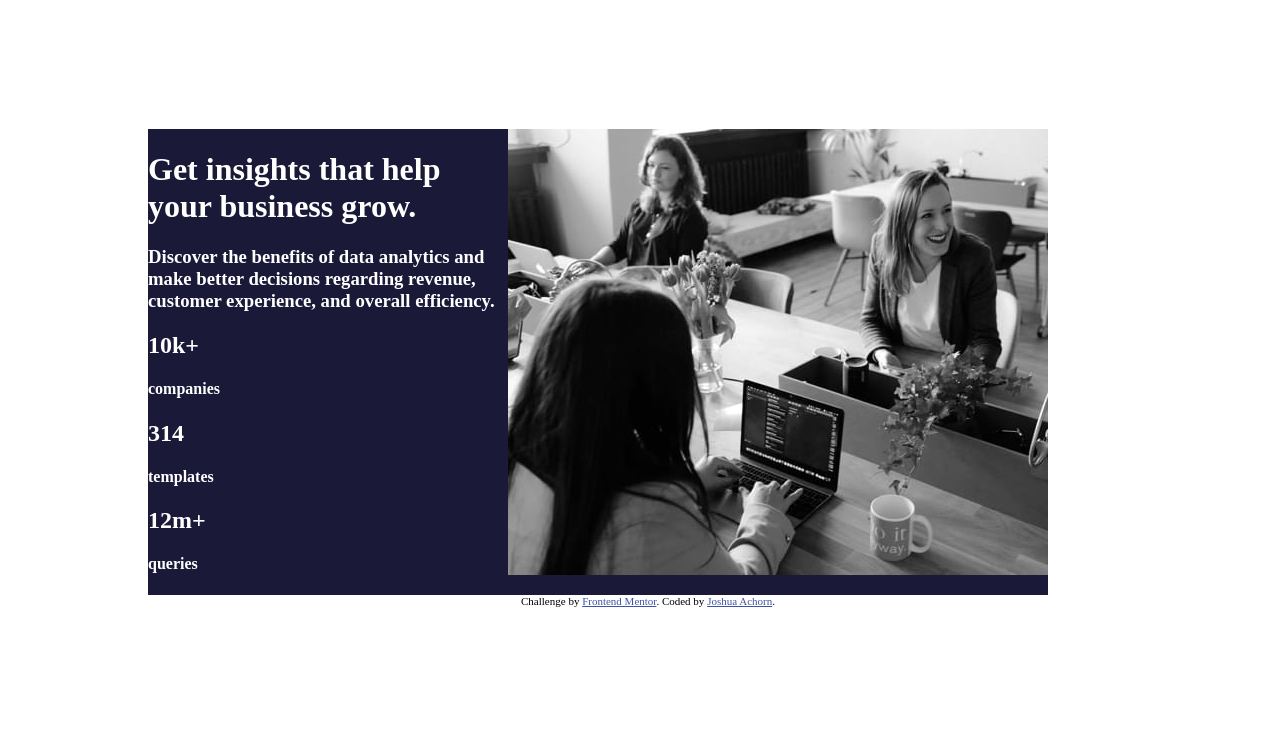
Repository: Achorn/stats-preview-card
Page: index.html
An editor plug-in stored every save of this project. The page is shown before and after the next save, followed by the edit.
The browser window is 1280 px wide. The page is 1288 px wide, so the pictures cover 1288 px, including what lies to the right of the window. The pictures show the whole page.

Above is the page before, as saved 2021-06-16 17:24:24.

After the next save:
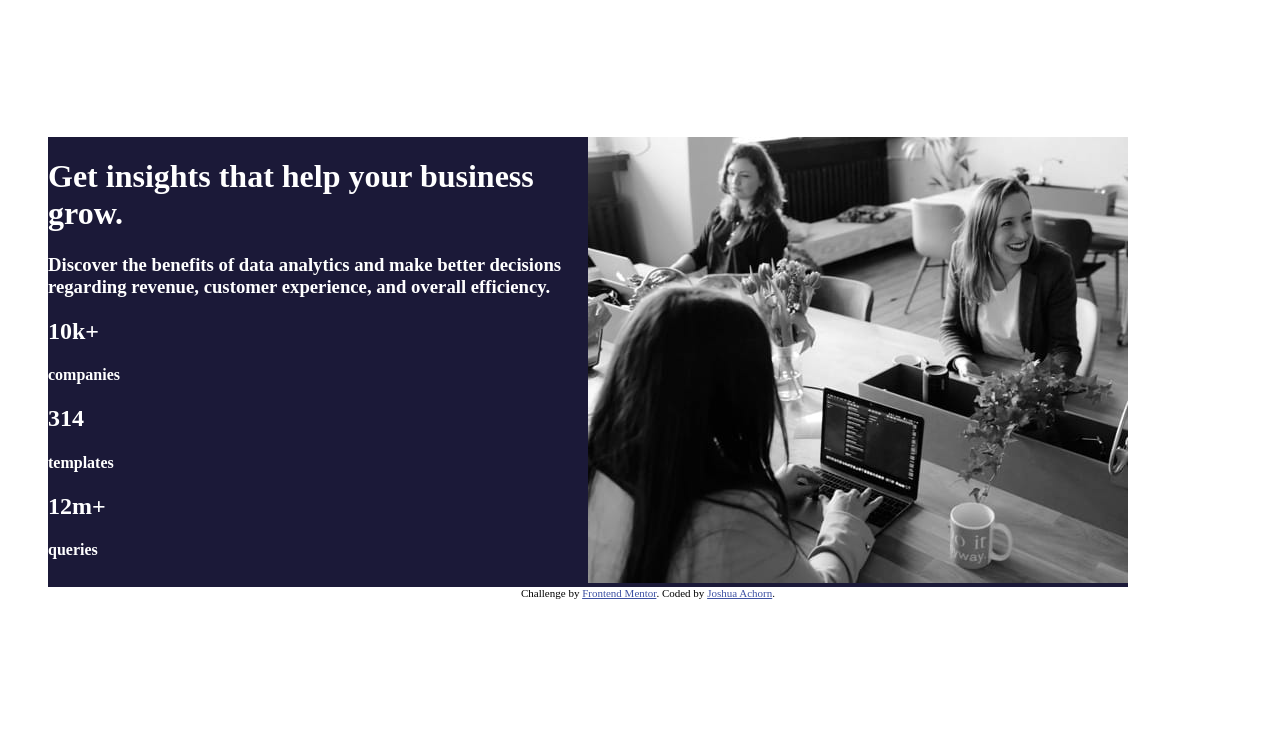
Saved 8 s later.
--- a/styles.css
+++ b/styles.css
@@ -10,7 +10,7 @@ body {
 
 #card-container {
   width: 90%;
-  max-width: 1000px;
+  max-width: 1200px;
   color: white;
   background-color: hsl(244, 38%, 16%);
   display: flex;
